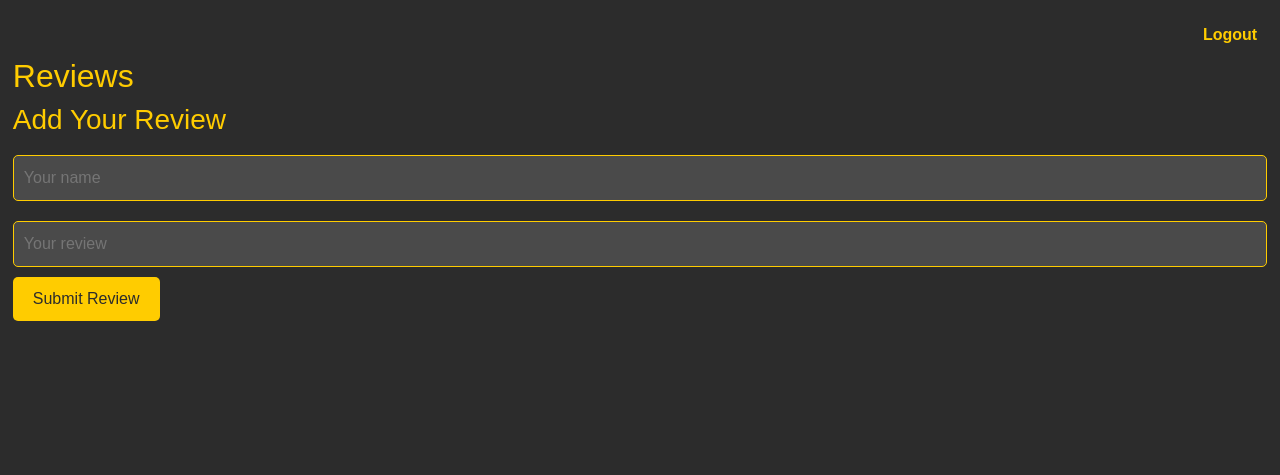
Repository: HitheshSoosaiManickam/Movie-Review-System
Page: Web_Tech/frontend/movie.html
These files come from the project's save history. The page is drawn as it stood at one moment and after the next save; the edit follows.
The browser window is 1280 px wide. The pictures show the whole page.
The page's requests for data from a server got no answer.

Above is the page before, as saved 2024-10-24 20:49:50.

After the next save:
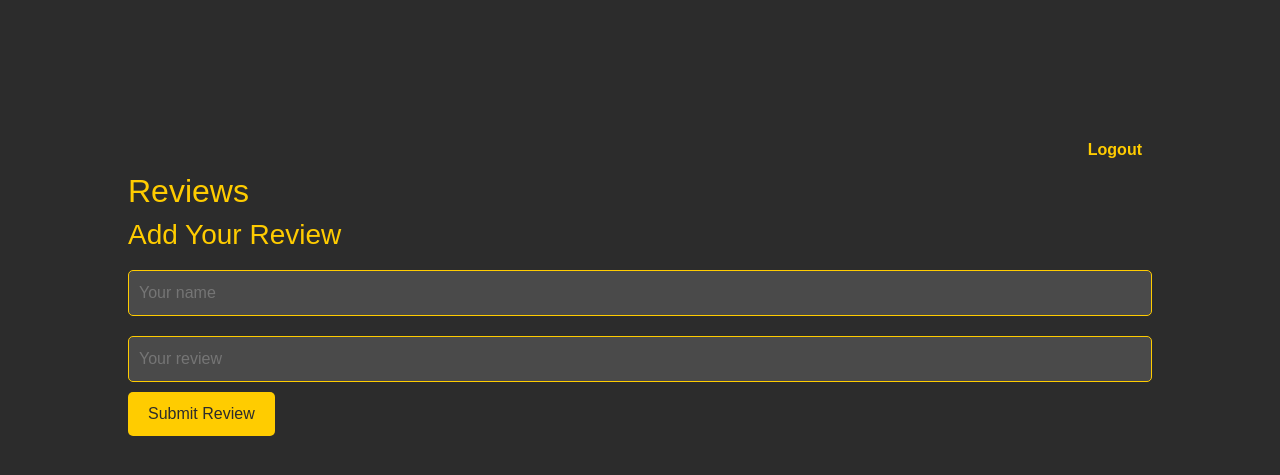
Saved 9 s later.
--- a/Web_Tech/frontend/movie.html
+++ b/Web_Tech/frontend/movie.html
@@ -7,7 +7,7 @@
     <link rel="stylesheet" href="https://stackpath.bootstrapcdn.com/bootstrap/4.5.2/css/bootstrap.min.css">
     <link rel="stylesheet" href="styles.css">
 </head>
-<body style="padding: 1%;">
+<body style="padding: 10%;">
     <div class="header" style="text-align: right;">
         <a href="./login.html" id="logout">Logout</a>
     </div>
